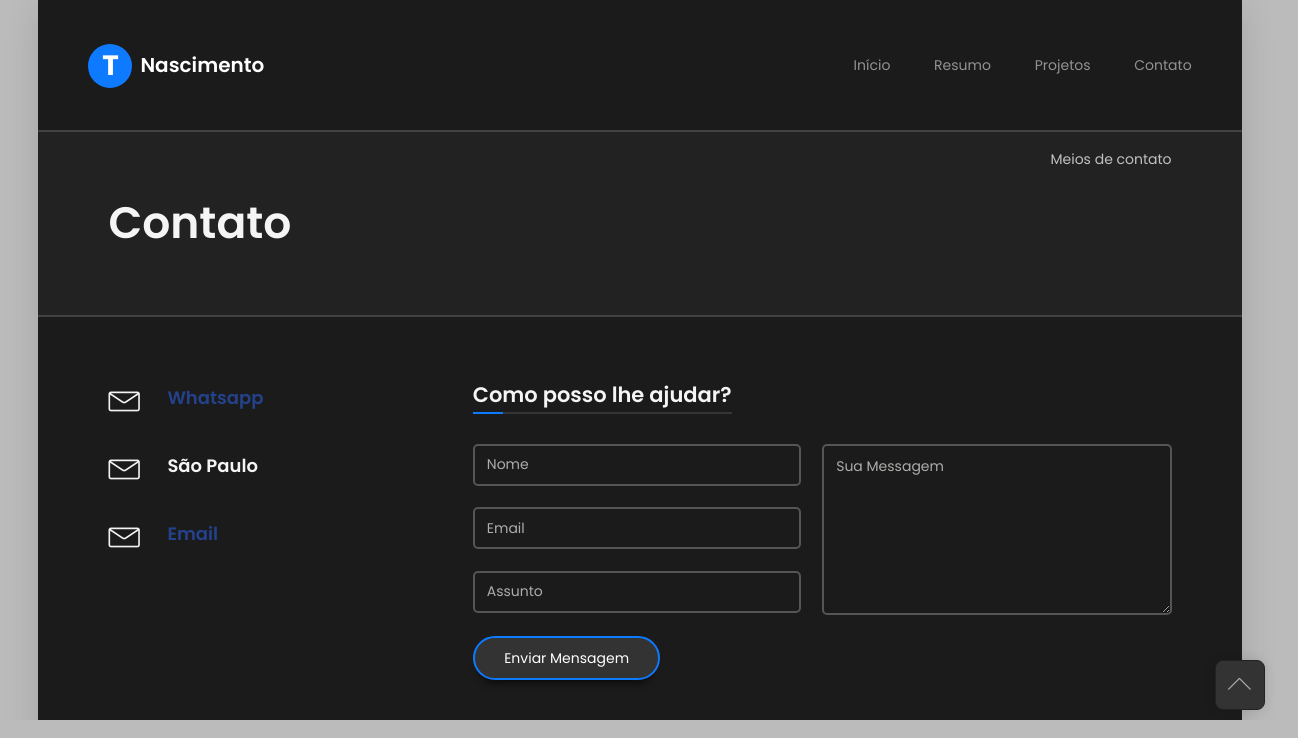
Repository: thmedu/Portfolio
Page: contact.html
The author's editor kept a copy of each file at every save. The page is drawn from the files as they stood at one save, then again after the next save.
The browser window is 1280 px wide. The page is 1298 px wide, so the pictures cover 1298 px, including what lies to the right of the window. The pictures show the whole page.
An inner scrolling area shows only its first screen.

Above is the page before, as saved 2024-06-01 19:29:12.
Console error: ReferenceError: google is not defined

### contact.html
<!DOCTYPE html>
<html lang="pt-br" class="no-js">

<head>
    <meta charset="UTF-8" />
    <meta http-equiv="X-UA-Compatible" content="IE=edge">
    <title>Contato</title>
    <meta name="viewport" content="width=device-width, initial-scale=1.0, maximum-scale=1.0, user-scalable=no">
    <meta name="description" content="Leven - Resume / CV / vCard Template" />
    <meta name="keywords" content="vcard, responsive, retina, resume, jquery, css3, bootstrap, portfolio" />
    <meta name="author" content="Thomas" />
    <link rel="shortcut icon" href="./img/icones/dev-community-icon.svg">

    <link rel="stylesheet" href="./css/normalize.css" type="text/css">
    <link rel="stylesheet" href="./css/bootstrap.min.css" type="text/css">
    <link rel="stylesheet" href="./css/owl.carousel.css" type="text/css">
    <link rel="stylesheet" href="./css/magnific-popup.css" type="text/css">
    <link rel="stylesheet" href="./css/main.css" type="text/css">
    <link rel="stylesheet" href="https://cdnjs.cloudflare.com/ajax/libs/animate.css/4.1.1/animate.min.css" />

    <script src="./js/modernizr.custom.js"></script>
</head>

<body class="page">

    <div class="lm-animated-bg"></div>

    <!-- Loading animation -->
    <div class="preloader">
        <div class="preloader-animation">
            <div class="preloader-spinner">
            </div>
        </div>
    </div>
    <!-- /Loading animation -->

    <!-- Scroll To Top Button -->
    <div class="lmpixels-scroll-to-top"><i class="lnr lnr-chevron-up"></i></div>
    <!-- /Scroll To Top Button -->

    <div class="page-scroll">
        <div id="page_container" class="page-container bg-move-effect" data-animation="transition-flip-in-right">

            <!-- Cabeçalho -->
            <header id="site_header" class="header">
                <div class="header-content clearfix">

                    <!-- Logotipo de texto -->
                    <div class="text-logo">
                        <a href="index.html">
                            <div class="logo-symbol">T</div>
                            <div class="logo-text">Nascimento</div>
                        </a>
                    </div>
                    <!-- /Logotipo de texto -->

                    <!-- Navegação -->
                    <div class="site-nav mobile-menu-hide">
                        <ul class="leven-classic-menu site-main-menu">
                            <li class="menu-item">
                                <a href="index.html">Início</a>
                            </li>
                            <li class="menu-item">
                                <a href="resumo.html">Resumo</a>
                            </li>
                            <li class="menu-item">
                                <a href="portfolio.html">Projetos</a>
                            </li>
                            <li class="menu-item">
                                <a href="contact.html">Contato</a>
                            </li>
                        </ul>
                    </div>

                    <!-- Alternador de menu móvel -->
                    <a class="menu-toggle mobile-visible">
                        <i class="fa fa-bars"></i>
                    </a>
                </div>

            </header>

            <div id="main" class="site-main">
                <div id="main-content" class="single-page-content">
                    <div id="primary" class="content-area">

                        <div class="page-title">
                            <h1>Contato</h1>
                            <div class="page-subtitle">
                                <h4>Meios de contato</h4>
                            </div>
                        </div>

                        <div id="content" class="page-content site-content single-post" role="main">

                            <div class="row">
                                <div class="col-xs-12 col-sm-4">

                                    <div id="info_list_1" class="info-list-w-icon">

                                        <div class="info-block-w-icon">
                                            <div class="ci-icon">
                                                <i class="lnr lnr-envelope"></i>
                                            </div>
                                            <div class="ci-text">
                                                <h4><a href="https://web.whatsapp.com/" target="_blank">Whatsapp</a>
                                                </h4>
                                                <p></p>

                                            </div>
                                        </div>
                                        <div class="info-block-w-icon">
                                            <div class="ci-icon">
                                                <i class="lnr lnr-envelope"></i>
                                            </div>
                                            <div class="ci-text">
                                                <h4>São Paulo</h4>
                                                <p></p>
                                            </div>
                                        </div>

                                        <div class="info-block-w-icon">
                                            <div class="ci-icon">
                                                <i class="lnr lnr-envelope"></i>
                                            </div>
                                            <div class="ci-text">
                                                <h4><a href="https://outlook.live.com/mail/0/"
                                                        class="__cf_email__"
                                                        data-cfemail="f199949d9d9eb19489909c819d94df929e9c">Email</a></h4>
                                                <p></p>
                                            </div>
                                        </div>
                                    </div>

                                </div>

                                <div class="col-xs-12 col-sm-8">

                                    <div class="block-title">
                                        <h2>Como posso lhe ajudar?</h2>
                                    </div>

                                    <form id="contact_form" class="contact-form" action="#" method="post">

                                        <div class="messages"></div>

                                        <div class="controls two-columns">
                                            <div class="fields clearfix">
                                                <div class="left-column">
                                                    <div class="form-group form-group-with-icon">
                                                        <input id="form_name" type="text" name="name"
                                                            class="form-control" placeholder="Nome" required>
                                                        <div class="form-control-border"></div>
                                                    </div>

                                                    <div class="form-group form-group-with-icon">
                                                        <input id="form_email" type="email" name="email"
                                                            class="form-control" placeholder="Email" required>
                                                        <div class="form-control-border"></div>
                                                    </div>

                                                    <div class="form-group form-group-with-icon">
                                                        <input id="form_subject" type="text" name="subject"
                                                            class="form-control" placeholder="Assunto" required>
                                                        <div class="form-control-border"></div>
                                                    </div>
                                                </div>
                                                <div class="right-column">
                                                    <div class="form-group form-group-with-icon">
                                                        <textarea id="form_message" name="message"
                                                            class="form-control" placeholder="Sua Messagem"
                                                            rows="7" required></textarea>
                                                        <div class="form-control-border"></div>
                                                    </div>
                                                </div>
                                            </div>

                                            <input type="submit" class="button btn-send disabled"
                                                value="Enviar Mensagem">
                                        </div>
                                    </form>

                                </div>

                            </div>

                        </div>
                    </div>
                </div>
            </div>

            <!-- Footer -->
            <footer class="site-footer clearfix">
                <div class="footer-social">
                    <ul class="footer-social-links">
                        <li>
                            <a href="https://www.facebook.com/" target="_blank"><i
                                    class="fab fa-facebook-f" style="color: #0E7AFF;"></i></a>
                        </li>
                        <li>
                            <a href="https://twitter.com/" target="_blank"><i class="fab fa-twitter"
                                    style="color: #0E7AFF;"></i></a>
                        </li>
                        <li>
                            <a href="https://dribbble.com/" target="_blank"><i class="fab fa-dribbble"
                                    style="color: #0E7AFF;"></i></a>
                        </li>
                    </ul>
                </div>

                <div class="footer-copyrights">
                    <p>© 2024 Todos os direitos reservados. Thomas.</p>
                </div>
            </footer>
            <!-- /Footer -->

        </div>
    </div>
    <script src="js/jquery-2.1.3.min.js"></script>
    <script src="js/imagesloaded.pkgd.min.js"></script>
    <script src="js/bootstrap.min.js"></script>
    <script src="js/jquery.shuffle.min.js"></script>
    <script src="js/masonry.pkgd.min.js"></script>
    <script src="js/owl.carousel.min.js"></script>
    <script src="js/jquery.magnific-popup.min.js"></script>
    <script src="js/jquery.googlemap.js"></script>
    <script src="js/validator.js"></script>
    <script src="js/main.js"></script>
    <script src="js/contato.js"></script>
</body>

</html>

### css/owl.carousel.css
/* Owl Carousel */
.owl-carousel {
    display: none;
    width: 100%;
    position: relative;
    z-index: 1;
  }

  .owl-carousel .owl-stage {
    position: relative;
  }

  .owl-carousel .owl-stage:after {
    content: ".";
    display: block;
    clear: both;
    visibility: hidden;
    line-height: 0;
    height: 0;
  }

  .owl-carousel .owl-stage-outer {
    position: relative;
    overflow: hidden;
    transform: translate3d(0px, 0px, 0px);
  }

  .owl-carousel .owl-item {
    position: relative;
    min-height: 1px;
    float: left;
  }

  .owl-carousel .owl-item img {
    display: block;
    width: 100%;
  }

  .owl-carousel .owl-nav.disabled,
  .owl-carousel .owl-dots.disabled {
    display: none;
  }

  .owl-carousel .owl-nav .owl-prev,
  .owl-carousel .owl-nav .owl-next,
  .owl-carousel .owl-dot {
    cursor: pointer;
    user-select: none;
  }

  .owl-carousel.owl-loaded {
    display: block;
    opacity: 1;
  }

  .owl-carousel.owl-loading {
    opacity: 0;
    display: block;
  }

  .owl-carousel.owl-hidden {
    opacity: 0;
  }

  .owl-carousel.owl-refresh .owl-item {
    visibility: hidden;
  }

  .owl-carousel.owl-drag .owl-item {
    user-select: none;
  }

  .owl-carousel.owl-grab {
    cursor: move;
    cursor: grab;
  }

  .owl-carousel.owl-rtl {
    direction: rtl;
  }

  .owl-carousel.owl-rtl .owl-item {
    float: right;
  }

  .owl-carousel .animated {
    animation-duration: 1000ms;
    animation-fill-mode: both;
  }

  .owl-carousel .owl-animated-in {
    z-index: 0;
  }

  .owl-carousel .owl-animated-out {
    z-index: 1;
  }

  .owl-carousel .fadeOut {
    animation-name: fadeOut;
  }

  @keyframes fadeOut {
    0% {
      opacity: 1;
    }
    100% {
      opacity: 0;
    }
  }

  /* Owl Carousel Custom */
  .owl-carousel .owl-item {
    opacity: 0;
    transform: scale(0.8);
    transition: opacity 0.5s ease, transform 0.5s ease;
  }

  .owl-carousel .owl-item.active {
    opacity: 1;
    transform: scale(1);
  }

Loaded but not shown: css/normalize.css (library); css/bootstrap.min.css (library); css/magnific-popup.css (library); js/modernizr.custom.js (library); js/jquery-2.1.3.min.js (library); js/imagesloaded.pkgd.min.js (library); js/bootstrap.min.js (library); js/jquery.shuffle.min.js (library); js/masonry.pkgd.min.js (library); js/owl.carousel.min.js (library); js/jquery.magnific-popup.min.js (library); js/jquery.googlemap.js (library); js/main.js (library); css/fonts/linear-icons-font/style.css (library); css/fonts/fontawesome-free-5.12.1-web/css/all.min.css (library); css/fonts/linecons/style.css (library); js/validator.js (135 lines, source omitted); js/contato.js (117 lines, source omitted); css/main.css (5783 lines, source omitted)

After the next save:
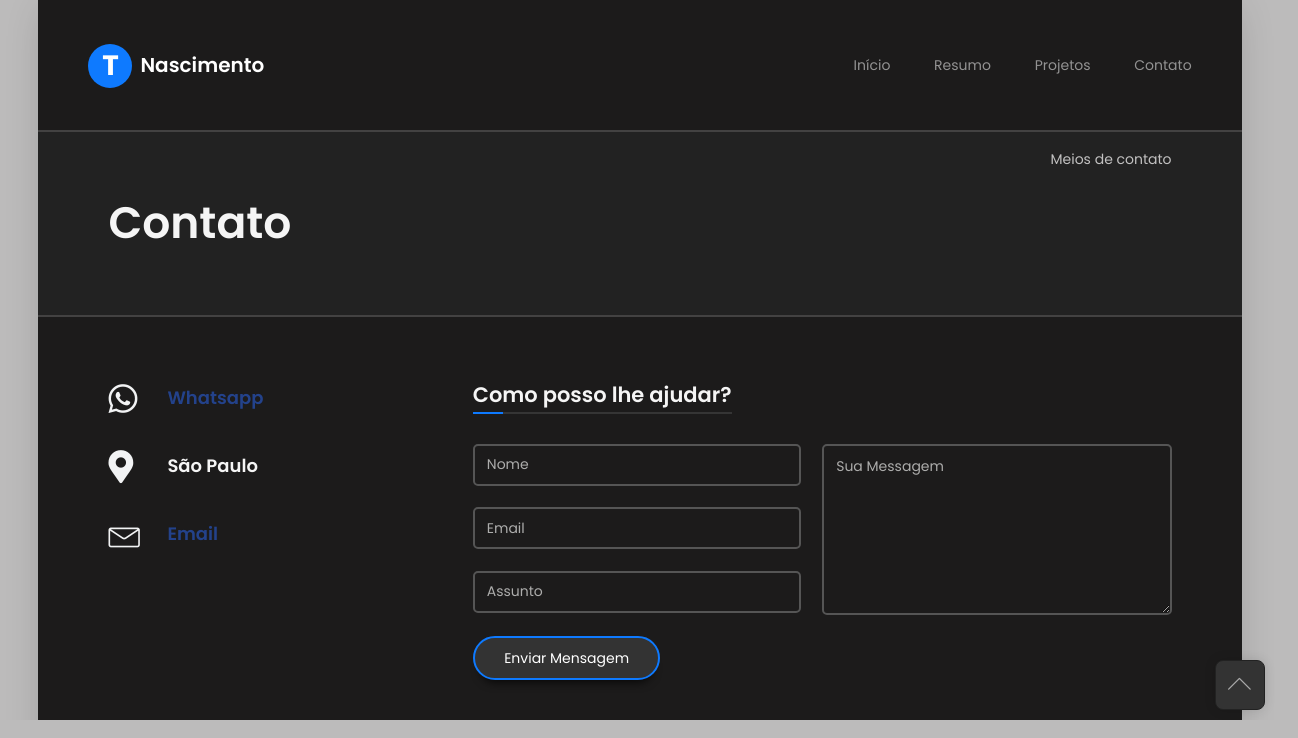
Saved 97 min 7 s later.
--- a/contact.html
+++ b/contact.html
@@ -100,18 +100,17 @@
 
                                         <div class="info-block-w-icon">
                                             <div class="ci-icon">
-                                                <i class="lnr lnr-envelope"></i>
+                                                <i class="fab fa-whatsapp"></i> <!-- Ícone do WhatsApp -->
                                             </div>
                                             <div class="ci-text">
                                                 <h4><a href="https://web.whatsapp.com/" target="_blank">Whatsapp</a>
                                                 </h4>
                                                 <p></p>
-
                                             </div>
                                         </div>
                                         <div class="info-block-w-icon">
                                             <div class="ci-icon">
-                                                <i class="lnr lnr-envelope"></i>
+                                                <i class="fas fa-map-marker-alt"></i> <!-- Ícone de localização -->
                                             </div>
                                             <div class="ci-text">
                                                 <h4>São Paulo</h4>
